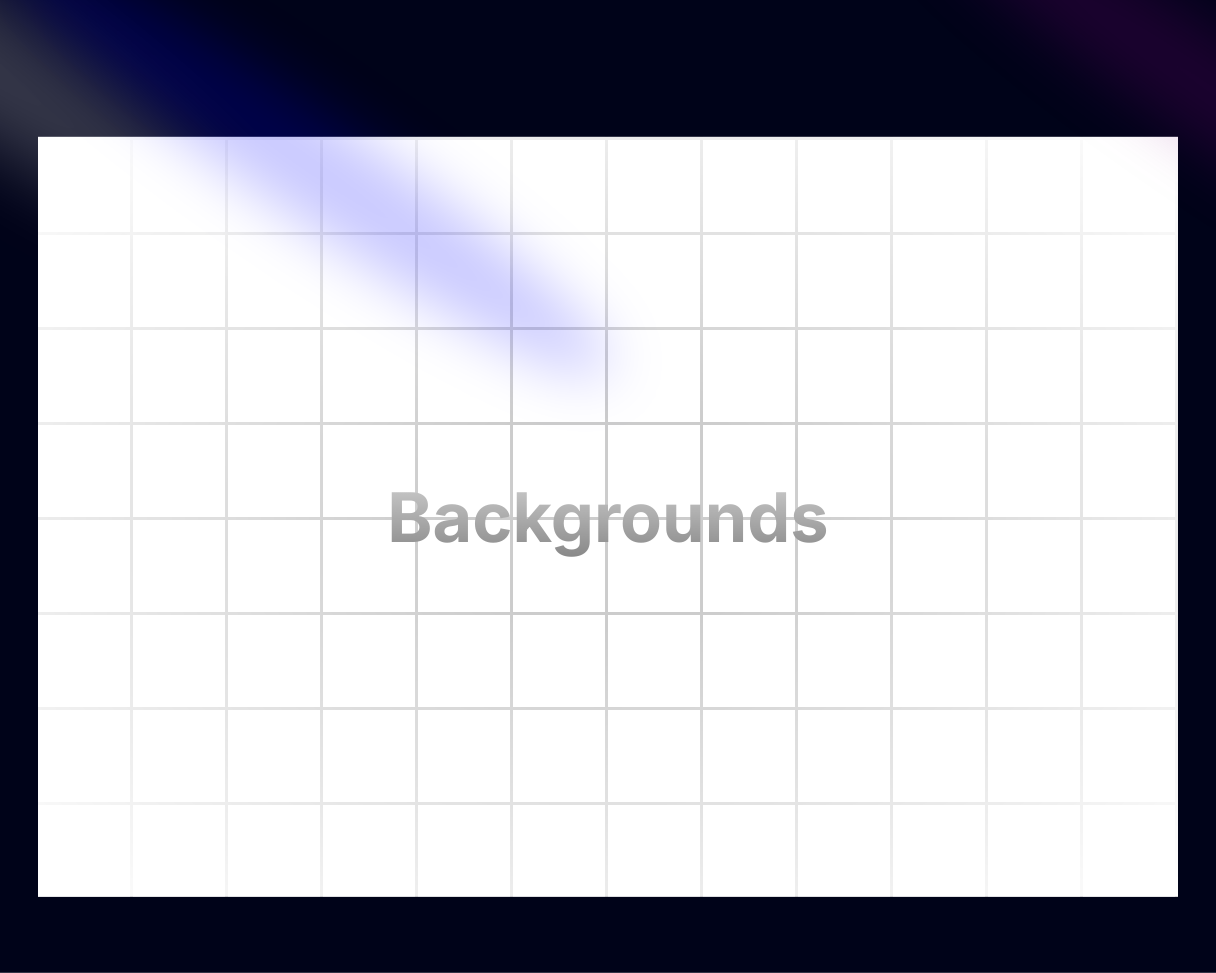
Repository: iharshitjaiswal/next_portfolio
Page: /
The author's editor kept a copy of each file at every save. The page is drawn from the files as they stood at one save, then again after the next save.
The browser window is 1280 px wide. The pictures show the whole page, at 95% of full size.
The project was rebuilt for these pictures with package versions that can differ from the ones it lists, and the page was loaded fresh each time. The framework's server and built-in components were replaced by stand-ins that run in the browser. Also part of the build but not shown: next.config.mjs.

Above is the page before, as saved 2024-05-23 18:04:07.

### app/layout.tsx
import type { Metadata } from "next";
import { Inter } from "next/font/google";
import React from "react";
import "./globals.css";
import { ThemeProvider } from "./theme-provider";

const inter = Inter({ subsets: ["latin"] });

export const metadata: Metadata = {
  title: "Harshit's Portfolio",
  description: "Modern & Minimalist Next Portfolio",
};

export default function RootLayout({
  children,
}: Readonly<{
  children: React.ReactNode;
}>) {
  return (
    <html lang="en">
      <body className={inter.className}>
        {children}
        {/* <ThemeProvider
          attribute="class"
          defaultTheme="dark"
          enableSystem
          disableTransitionOnChange
        >
          {children}
        </ThemeProvider> */}
      </body>
    </html>
  );
}

### app/page.tsx
"use client";
import Hero from "@/components/Hero";
import React from "react";

const Home = () => {
  return (
    <main className="relative bg-black-100 flex justify-center text-white items-center flex-col overflow-hidden mx-auto sm:px-10 px-5">
      <div className="mx-w-7xl w-full">
        <Hero />
      </div>
    </main>
  );
};
export default Home;

### components/Hero.tsx
import React from "react";
import { Spotlight } from "./ui/Spotlight";

const Hero = () => {
  return (
    <div className="pb-20 pt-36">
      <div>
        <Spotlight
          className="-top-40 -left-10 md:-left-32 md:-top-20 h-screen"
          fill="white"
        />
        <Spotlight
          className="top-10 left-full h-[80vh] w-[50vw]"
          fill="purple"
        />
        <Spotlight className="top-28 left-80 h-[80vh] w-[50vw]" fill="blue" />
      </div>
      <div className="h-[50rem] w-full dark:bg-black bg-white  dark:bg-grid-white/[0.2] bg-grid-black/[0.2] relative flex items-center justify-center">
        {/* Radial gradient for the container to give a faded look */}
        <div className="absolute pointer-events-none inset-0 flex items-center justify-center dark:bg-black bg-white [mask-image:radial-gradient(ellipse_at_center,transparent_20%,black)]"></div>
        <p className="text-4xl sm:text-7xl font-bold relative z-20 bg-clip-text text-transparent bg-gradient-to-b from-neutral-200 to-neutral-500 py-8">
          Backgrounds
        </p>
      </div>
    </div>
  );
};

export default Hero;

### components/ui/Spotlight.tsx
import React from "react";
import { cn } from "@/utils/cn";

type SpotlightProps = {
  className?: string;
  fill?: string;
};

export const Spotlight = ({ className, fill }: SpotlightProps) => {
  return (
    <svg
      className={cn(
        "animate-spotlight pointer-events-none absolute z-[1]  h-[169%] w-[138%] lg:w-[84%] opacity-0",
        className
      )}
      xmlns="http://www.w3.org/2000/svg"
      viewBox="0 0 3787 2842"
      fill="none"
    >
      <g filter="url(#filter)">
        <ellipse
          cx="1924.71"
          cy="273.501"
          rx="1924.71"
          ry="273.501"
          transform="matrix(-0.822377 -0.568943 -0.568943 0.822377 3631.88 2291.09)"
          fill={fill || "white"}
          fillOpacity="0.21"
        ></ellipse>
      </g>
      <defs>
        <filter
          id="filter"
          x="0.860352"
          y="0.838989"
          width="3785.16"
          height="2840.26"
          filterUnits="userSpaceOnUse"
          colorInterpolationFilters="sRGB"
        >
          <feFlood floodOpacity="0" result="BackgroundImageFix"></feFlood>
          <feBlend
            mode="normal"
            in="SourceGraphic"
            in2="BackgroundImageFix"
            result="shape"
          ></feBlend>
          <feGaussianBlur
            stdDeviation="151"
            result="effect1_foregroundBlur_1065_8"
          ></feGaussianBlur>
        </filter>
      </defs>
    </svg>
  );
};

### tailwind.config.ts
import type { Config } from "tailwindcss";
const  svgToDataUri = require("mini-svg-data-uri");
const {
  default: flattenColorPalette,
} = require("tailwindcss/lib/util/flattenColorPalette");

const config = {
  darkMode: ["class"],
  content: [
    "./pages/**/*.{ts,tsx}",
    "./components/**/*.{ts,tsx}",
    "./app/**/*.{ts,tsx}",
    "./src/**/*.{ts,tsx}",
    "./data/**/*.{ts,tsx}",
  ],
  prefix: "",
  theme: {
    container: {
      center: true,
      padding: "2rem",
      screens: {
        "2xl": "1400px",
      },
    },
    extend: {
      colors: {
        black: {
          DEFAULT: "#000",
          100: "#000319",
          200: "rgba(17, 25, 40, 0.75)",
          300: "rgba(255, 255, 255, 0.125)",
        },
        white: {
          DEFAULT: "#FFF",
          100: "#BEC1DD",
          200: "#C1C2D3",
        },
        blue: {
          100: "#E4ECFF",
        },
        purple: "#CBACF9",
        border: "hsl(var(--border))",
        input: "hsl(var(--input))",
        ring: "hsl(var(--ring))",
        background: "hsl(var(--background))",
        foreground: "hsl(var(--foreground))",
        primary: {
          DEFAULT: "hsl(var(--primary))",
          foreground: "hsl(var(--primary-foreground))",
        },
        secondary: {
          DEFAULT: "hsl(var(--secondary))",
          foreground: "hsl(var(--secondary-foreground))",
        },
        destructive: {
          DEFAULT: "hsl(var(--destructive))",
          foreground: "hsl(var(--destructive-foreground))",
        },
        muted: {
          DEFAULT: "hsl(var(--muted))",
          foreground: "hsl(var(--muted-foreground))",
        },
        accent: {
          DEFAULT: "hsl(var(--accent))",
          foreground: "hsl(var(--accent-foreground))",
        },
        popover: {
          DEFAULT: "hsl(var(--popover))",
          foreground: "hsl(var(--popover-foreground))",
        },
        card: {
          DEFAULT: "hsl(var(--card))",
          foreground: "hsl(var(--card-foreground))",
        },
      },
      borderRadius: {
        lg: "var(--radius)",
        md: "calc(var(--radius) - 2px)",
        sm: "calc(var(--radius) - 4px)",
      },
      keyframes: {
        "accordion-down": {
          from: { height: "0" },
          to: { height: "var(--radix-accordion-content-height)" },
        },
        "accordion-up": {
          from: { height: "var(--radix-accordion-content-height)" },
          to: { height: "0" },
        },
        spotlight: {
          "0%": {
            opacity: "0",
            transform: "translate(-72%, -62%) scale(0.5)",
          },
          "100%": {
            opacity: "1",
            transform: "translate(-50%,-40%) scale(1)",
          },
        },
        shimmer: {
          from: {
            backgroundPosition: "0 0",
          },
          to: {
            backgroundPosition: "-200% 0",
          },
        },
        moveHorizontal: {
          "0%": {
            transform: "translateX(-50%) translateY(-10%)",
          },
          "50%": {
            transform: "translateX(50%) translateY(10%)",
          },
          "100%": {
            transform: "translateX(-50%) translateY(-10%)",
          },
        },
        moveInCircle: {
          "0%": {
            transform: "rotate(0deg)",
          },
          "50%": {
            transform: "rotate(180deg)",
          },
          "100%": {
            transform: "rotate(360deg)",
          },
        },
        moveVertical: {
          "0%": {
            transform: "translateY(-50%)",
          },
          "50%": {
            transform: "translateY(50%)",
          },
          "100%": {
            transform: "translateY(-50%)",
          },
        },
        scroll: {
          to: {
            transform: "translate(calc(-50% - 0.5rem))",
          },
        },
      },
      animation: {
        "accordion-down": "accordion-down 0.2s ease-out",
        "accordion-up": "accordion-up 0.2s ease-out",
        spotlight: "spotlight 2s ease .75s 1 forwards",
        shimmer: "shimmer 2s linear infinite",
        first: "moveVertical 30s ease infinite",
        second: "moveInCircle 20s reverse infinite",
        third: "moveInCircle 40s linear infinite",
        fourth: "moveHorizontal 40s ease infinite",
        fifth: "moveInCircle 20s ease infinite",
        scroll:
          "scroll var(--animation-duration, 40s) var(--animation-direction, forwards) linear infinite",
      },
    },
  },
  plugins: [
    require("tailwindcss-animate"),
    addVariablesForColors,
    function ({ matchUtilities, theme }: any) {
      matchUtilities(
        {
          "bg-grid": (value: any) => ({
            backgroundImage: `url("${svgToDataUri(
              `<svg xmlns="http://www.w3.org/2000/svg" viewBox="0 0 32 32" width="100" height="100" fill="none" stroke="${value}"><path d="M0 .5H31.5V32"/></svg>`
            )}")`,
          }),
          "bg-grid-small": (value: any) => ({
            backgroundImage: `url("${svgToDataUri(
              `<svg xmlns="http://www.w3.org/2000/svg" viewBox="0 0 32 32" width="8" height="8" fill="none" stroke="${value}"><path d="M0 .5H31.5V32"/></svg>`
            )}")`,
          }),
          "bg-dot": (value: any) => ({
            backgroundImage: `url("${svgToDataUri(
              `<svg xmlns="http://www.w3.org/2000/svg" viewBox="0 0 32 32" width="16" height="16" fill="none"><circle fill="${value}" id="pattern-circle" cx="10" cy="10" r="1.6257413380501518"></circle></svg>`
            )}")`,
          }),
        },
        { values: flattenColorPalette(theme("backgroundColor")), type: "color" }
      );
    },
  ],
};
function addVariablesForColors({ addBase, theme }: any) {
  let allColors = flattenColorPalette(theme("colors"));
  let newVars = Object.fromEntries(
    Object.entries(allColors).map(([key, val]) => [`--${key}`, val])
  );

  addBase({
    ":root": newVars,
  });
}

export default config;

Loaded but not shown: app/globals.css (common file); utils/cn.ts (common file)

After the next save:
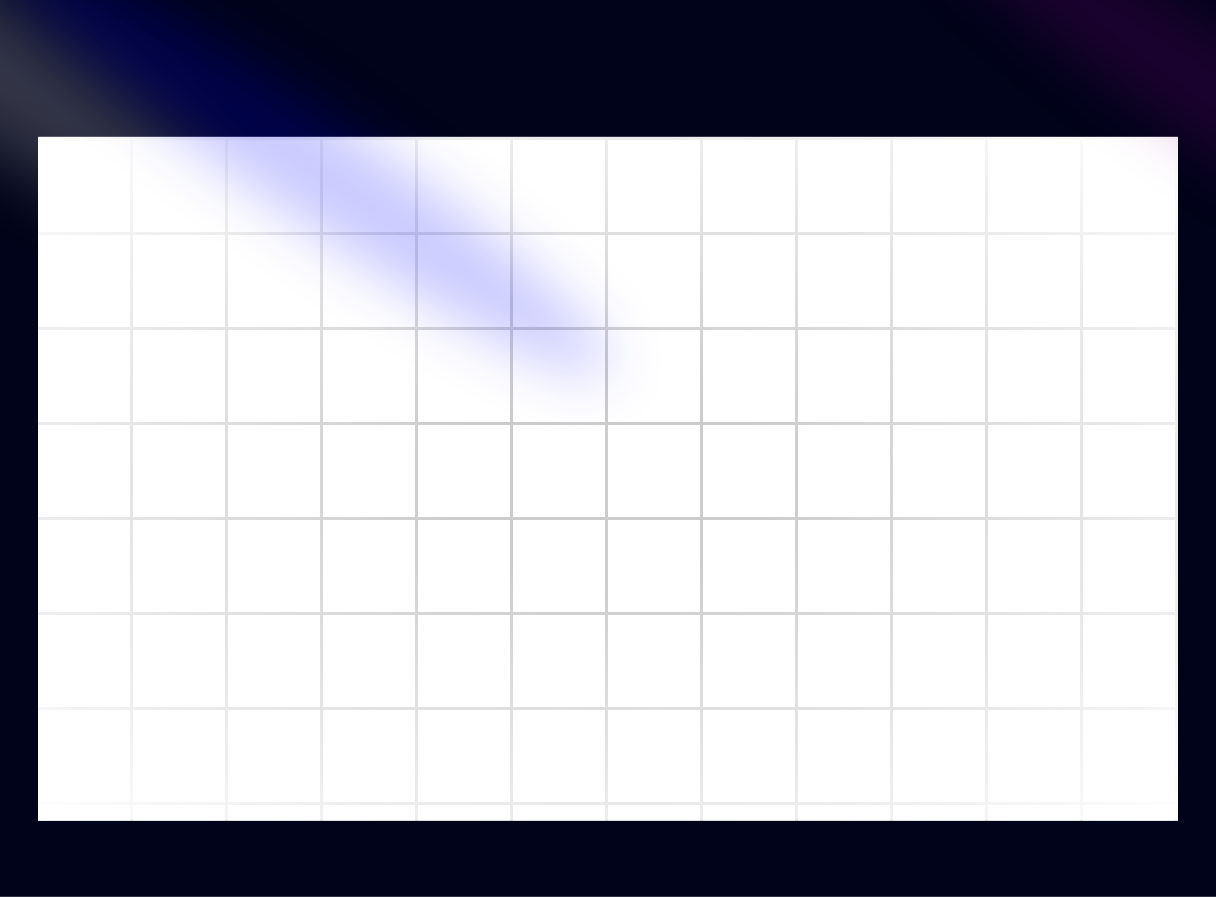
Saved 3 min 16 s later.
--- a/components/Hero.tsx
+++ b/components/Hero.tsx
@@ -15,12 +15,9 @@
         />
         <Spotlight className="top-28 left-80 h-[80vh] w-[50vw]" fill="blue" />
       </div>
-      <div className="h-[50rem] w-full dark:bg-black bg-white  dark:bg-grid-white/[0.2] bg-grid-black/[0.2] relative flex items-center justify-center">
+      <div className="h-screen w-full dark:bg-black-100 bg-white  dark:bg-grid-white/[0.3] bg-grid-black/[0.2] relative flex items-center justify-center">
         {/* Radial gradient for the container to give a faded look */}
-        <div className="absolute pointer-events-none inset-0 flex items-center justify-center dark:bg-black bg-white [mask-image:radial-gradient(ellipse_at_center,transparent_20%,black)]"></div>
-        <p className="text-4xl sm:text-7xl font-bold relative z-20 bg-clip-text text-transparent bg-gradient-to-b from-neutral-200 to-neutral-500 py-8">
-          Backgrounds
-        </p>
+        <div className="absolute pointer-events-none inset-0 flex items-center justify-center dark:bg-black-100  bg-white [mask-image:radial-gradient(ellipse_at_center,transparent_20%,black)]" />
       </div>
     </div>
   );
